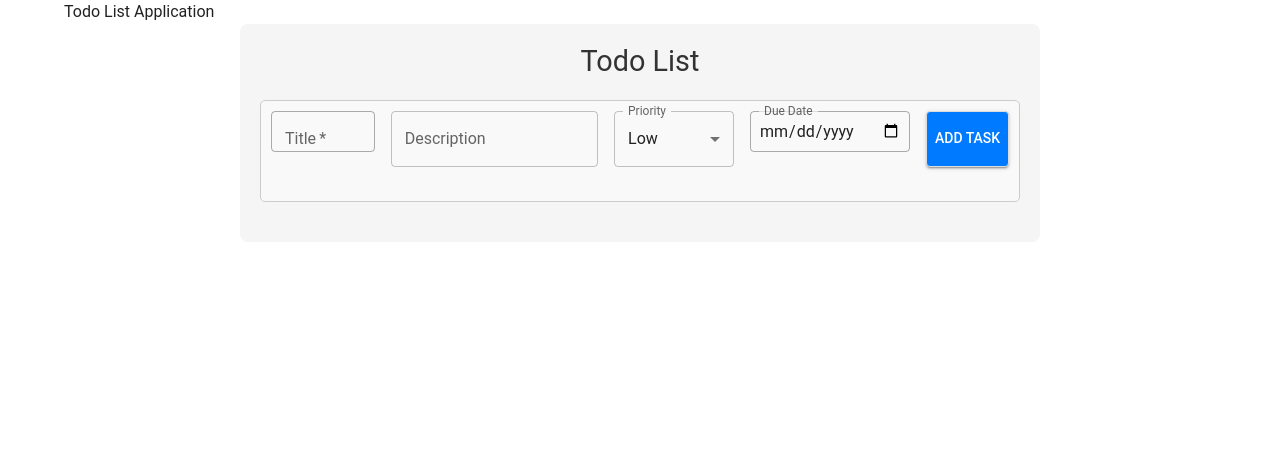
Repository: HPNChanel/Todo-List-Web-App
Page: /welcome (app in frontend/todolist/)
The author's editor kept a copy of each file at every save. The page is drawn from the files as they stood at one save, then again after the next save.
The browser window is 1280 px wide. The pictures show the whole page.
The page's requests for data from a server got no answer. The project was rebuilt for these pictures with package versions that can differ from the ones it lists, and the page was loaded fresh each time. No one was signed in, and anything a server would have sent is missing. Also part of the build but not shown: frontend/todolist/src/styles/TaskItem.css, frontend/todolist/src/components/TaskItem.js. Imported but missing from the stored project, and not drawn on this page: frontend/todolist/src/components/ContactUs, frontend/todolist/src/pages/HomePage.

Above is the page before, as saved 2024-11-05 09:24:05.

After the next save:
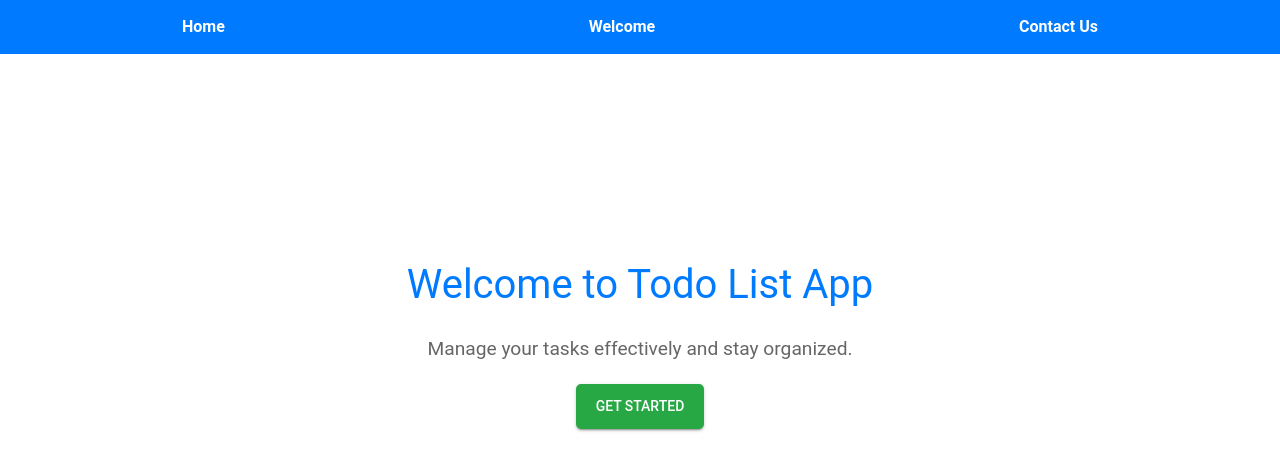
Saved 83 s later.
--- a/frontend/todolist/src/App.js
+++ b/frontend/todolist/src/App.js
@@ -1,7 +1,13 @@
 // src/App.js
 import React from 'react';
+import { BrowserRouter as Router, Routes, Route } from 'react-router-dom';
 import { TaskProvider } from './contexts/TaskContext';
 import TaskList from './components/TaskList';
+import NavBar from './components/NavBar';
+import HomePage from './pages/HomePage';
+import WelcomePage from './pages/WelcomePage';
+import ContactUs from './components/ContactUs';
+import NotFound from './pages/NotFound';
 import { Container, CssBaseline, ThemeProvider, createTheme } from '@mui/material';
 
 const theme = createTheme({
@@ -23,10 +29,18 @@ function App() {
         <ThemeProvider theme={theme}>
             <CssBaseline />
             <TaskProvider>
-                <Container>
-                    <h1>Todo List Application</h1>
-                    <TaskList />
-                </Container>
+                <Router>
+                    <NavBar />
+                    <Container>
+                        <Routes>
+                            <Route path="/" element={<HomePage />} />
+                            <Route path="/welcome" element={<WelcomePage />} />
+                            <Route path="/tasks" element={<TaskList />} />
+                            <Route path="/contact" element={<ContactUs />} />
+                            <Route path="*" element={<NotFound />} />
+                        </Routes>
+                    </Container>
+                </Router>
             </TaskProvider>
         </ThemeProvider>
     );
